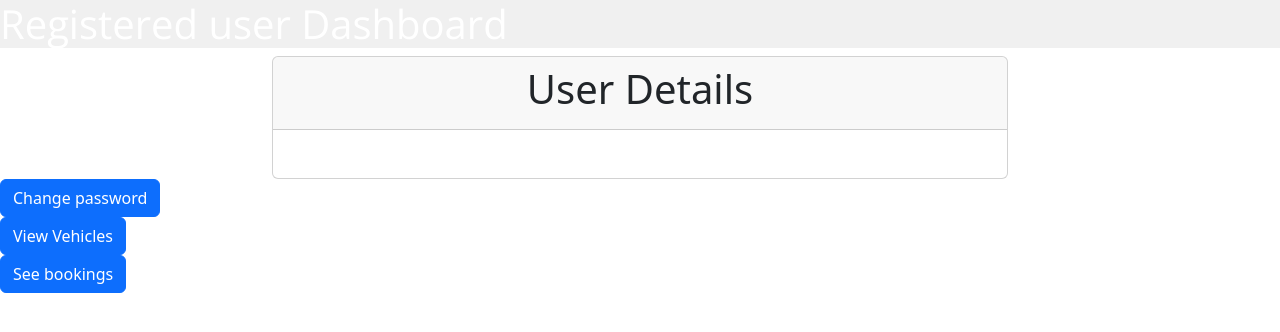
Repository: VimashaVishvani/VehicleRental
Page: http://localhost/Vehicle_rentalDb/registeredUser.jsp
These files come from the project's save history. The page is drawn as it stood at one moment and after the next save; the edit follows.
The browser window is 1280 px wide. The pictures show the whole page.
The page is served by Tomcat 9. Other server files are loaded and not shown.

Above is the page before, as saved 2024-05-12 09:25:05.

### Vehicle_rentalDb/src/main/webapp/registeredUser.jsp
<%@ page language="java" contentType="text/html; charset=ISO-8859-1" pageEncoding="ISO-8859-1"%>
<%@ taglib prefix="c" uri="http://java.sun.com/jsp/jstl/core"%>
<!DOCTYPE html>
<html>
<head>
<link href="https://fonts.googleapis.com/css2?family=Open+Sans&display=swap" rel="stylesheet">

<style>
	.dashboard{
	height: 30%;
    background-color: #f0f0f0; /* Pale background color */
    font-family: 'Open Sans', sans-serif; /* Use Open Sans font */
    color: #ffffff; /* White text color */

	}

</style>
    <meta charset="ISO-8859-1">
    <title>Car Owner</title>
    <link href="https://cdn.jsdelivr.net/npm/bootstrap@5.3.3/dist/css/bootstrap.min.css" rel="stylesheet" integrity="sha384-QWTKZyjpPEjISv5WaRU9OFeRpok6YctnYmDr5pNlyT2bRjXh0JMhjY6hW+ALEwIH" crossorigin="anonymous">
</head>
<body>

<c:if test="${param.result == 'booked'}">
    <script type="text/javascript">
        alert('You booked the car!');
    </script>
</c:if>
<c:if test="${param.result == 'Deleted'}">
    <script type="text/javascript">
        alert('record deleted!'');
    </script>
</c:if>

<h1 class="dashboard">Registered user Dashboard</h1>

<div class="container">
    <div class="row">
        <div class="col-md-8 offset-md-2">
            <div class="card">
                <div class="card-header">
                    <h1 class="text-center">User Details</h1>
                </div>
                <div class="card-body">
                    <table class="table">
                        <c:forEach var="user" items="${sessionScope.userDetails}">
                            <tr>
                                <td>Customer ID</td>
                                <td>${user.id}</td>
                            </tr>
                            <tr>
                                <td>Customer Name</td>
                                <td>${user.name}</td>
                            </tr>
                            <tr>
                                <td>Customer Email</td>
                                <td>${user.gmail}</td>
                            </tr>
                            <tr>
                                <td>Customer Phone</td>
                                <td>${user.phoneNumber}</td>
                            </tr>
                        </c:forEach>
                    </table>
                </div>
            </div>
        </div>
    </div>
</div>

<c:set var="userId" value="${sessionScope.userDetails[0].id}" />
<c:set var="pass" value="${sessionScope.userDetails[0].password}" />
<a href="userChangePw.jsp?id=${userId}&result=a&pw=${pass}" class="btn btn-primary">Change password</a>


<form action="vehicleServelet" method="get">
    <input type="hidden" value="${userId}" name="id">
    <input type="hidden" value="viewAvailableVehicle" name="task">
    <button type="submit"  class="btn btn-primary">View Vehicles</button>
</form>

<form action="bookingServlet" method="get">
    <input type="hidden" value="${userId}" name="id">
    <input type="hidden" value="ViewBookings" name="task">
    <button type="submit"  class="btn btn-primary">See bookings</button>
</form>

</body>
</html>

After the next save:
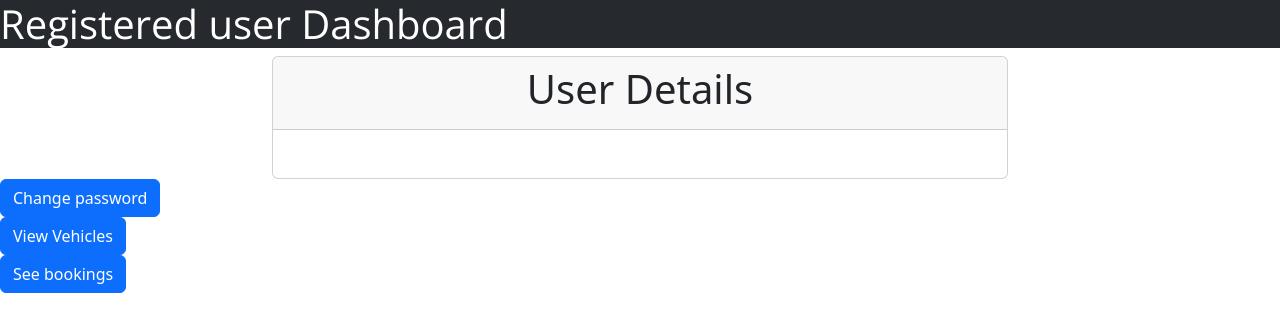
Saved 54 s later.
--- a/Vehicle_rentalDb/src/main/webapp/registeredUser.jsp
+++ b/Vehicle_rentalDb/src/main/webapp/registeredUser.jsp
@@ -8,7 +8,7 @@
 <style>
 	.dashboard{
 	height: 30%;
-    background-color: #f0f0f0; /* Pale background color */
+    background-color:#262A2E; /* Pale background color */
     font-family: 'Open Sans', sans-serif; /* Use Open Sans font */
     color: #ffffff; /* White text color */
 
